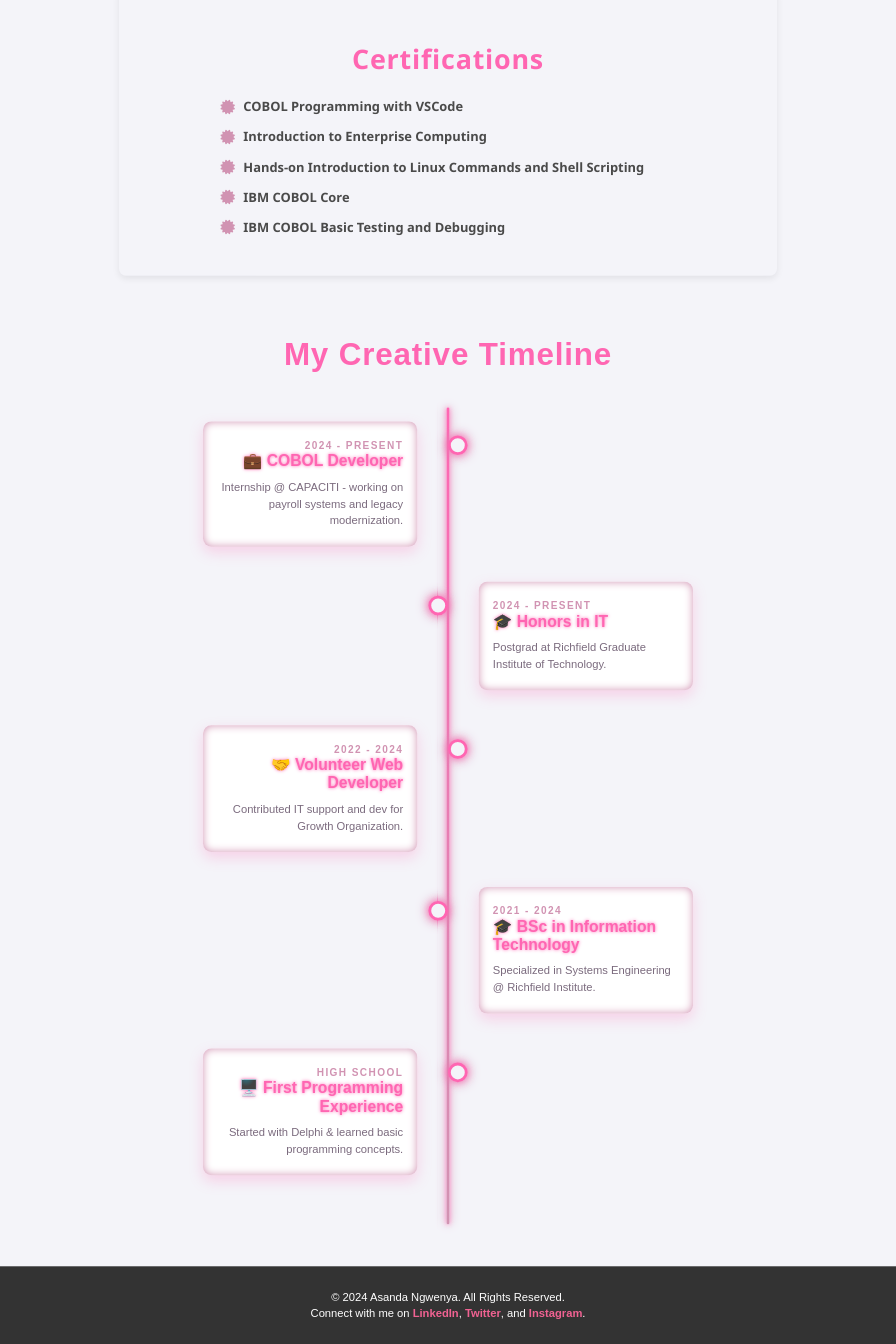
Repository: asandan8106/Asanda-sPortfolio
Page: Portfolio/About.html
An editor plug-in stored every save of this project. The page is shown before and after the next save, followed by the edit.
The browser window is 1280 px wide. The pictures show the part of the page from y = 1910 to 3830 px (the page is 3830 px tall), at 70% of full size.

Above is the page before, as saved 2025-05-19 10:31:53.
Console error: ReferenceError: Typed is not defined

After the next save:
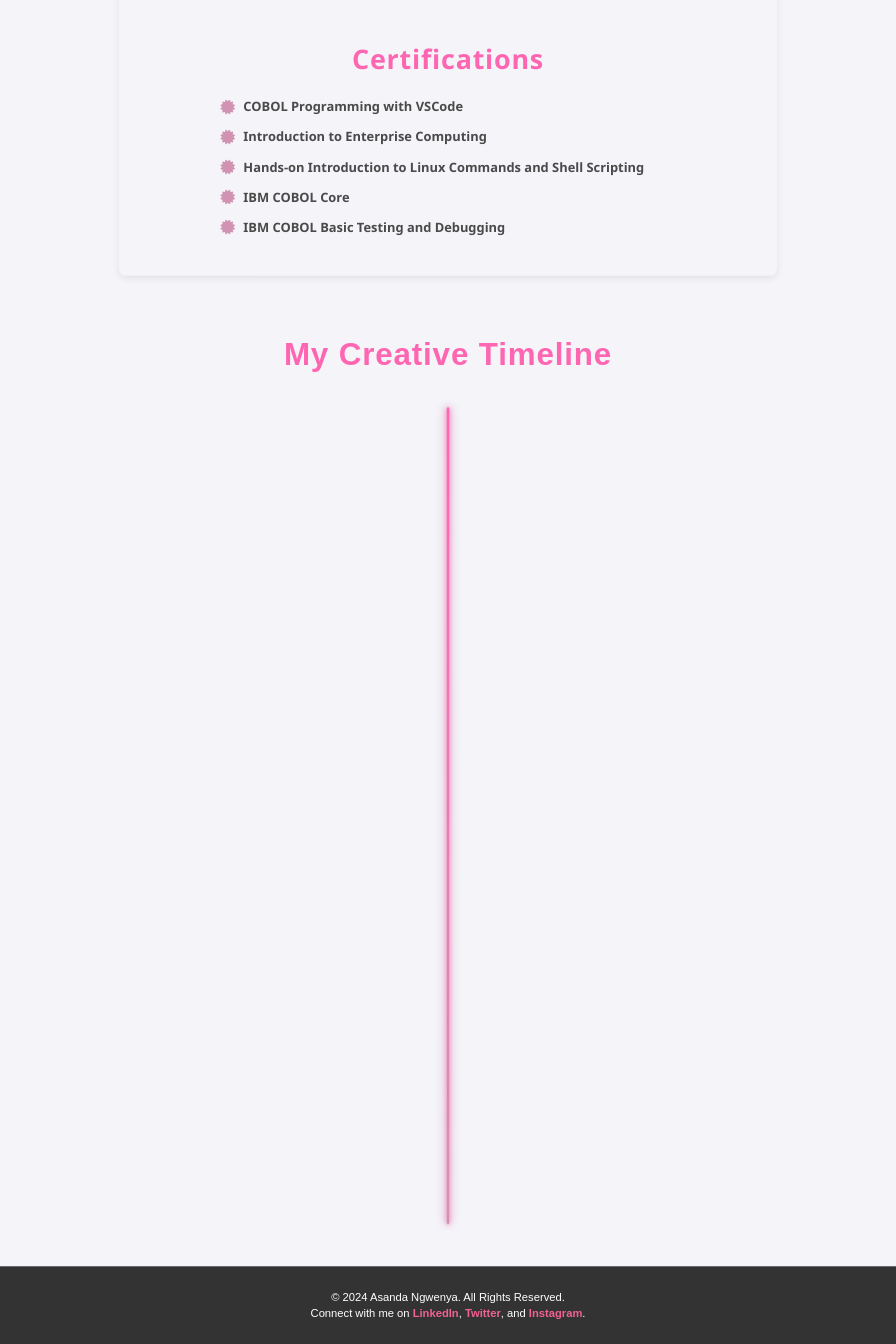
Saved 2 min 25 s later.
--- a/Portfolio/styles/CSS/about.css
+++ b/Portfolio/styles/CSS/about.css
@@ -436,6 +436,18 @@ a {
   color: #7b6b7e; /* soft purple-gray */
   margin: 0;
 }
+.timeline-item {
+  opacity: 0;
+  transform: translateY(30px);
+  transition: opacity 0.6s ease-out, transform 0.6s ease-out;
+  will-change: opacity, transform;
+}
+
+.timeline-item.visible {
+  opacity: 1;
+  transform: translateY(0);
+}
+
 
 /* Responsive - stack items */
 @media screen and (max-width: 768px) {
